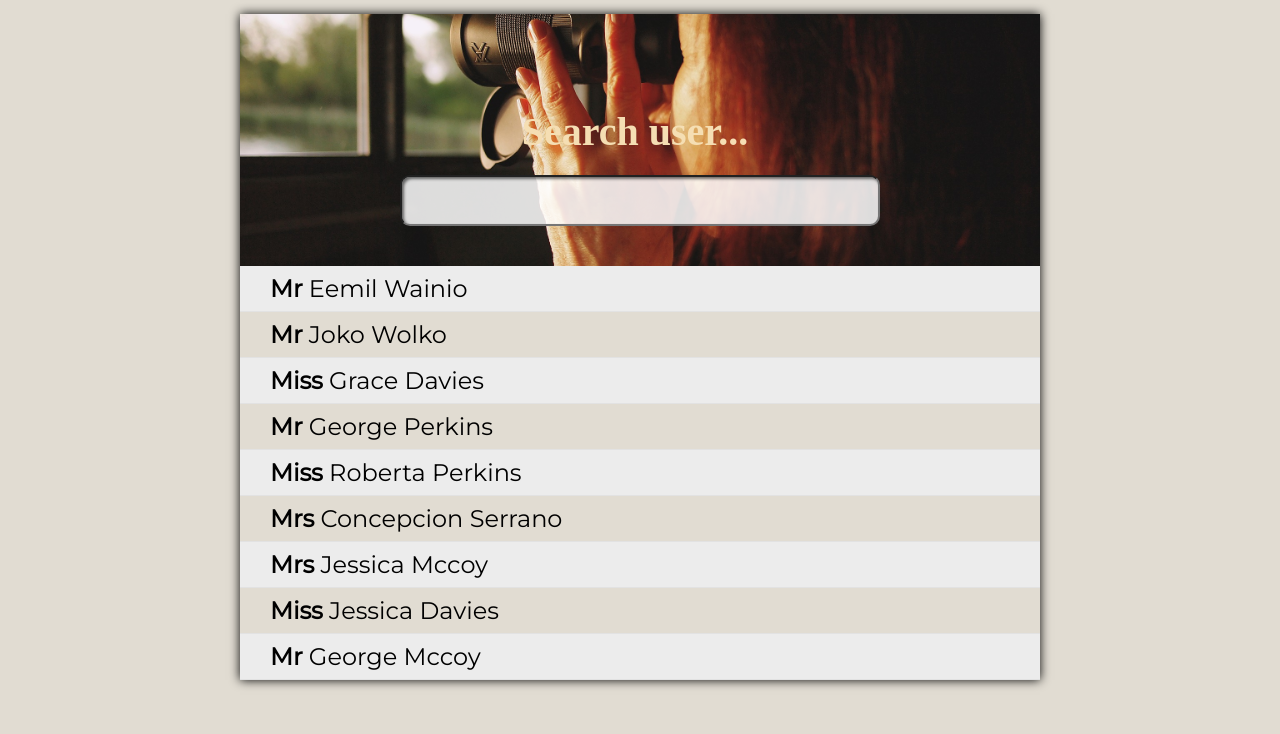
Repository: KrzysKolo/sr_tydzien5_zad4
Page: /
An editor plug-in stored every save of this project. The page is shown before and after the next save, followed by the edit.
The browser window is 1280 px wide. The pictures show the whole page.
The project was rebuilt for these pictures with package versions that can differ from the ones it lists, and the page was loaded fresh each time.

Above is the page before, as saved 2021-01-03 05:57:49.

After the next save:
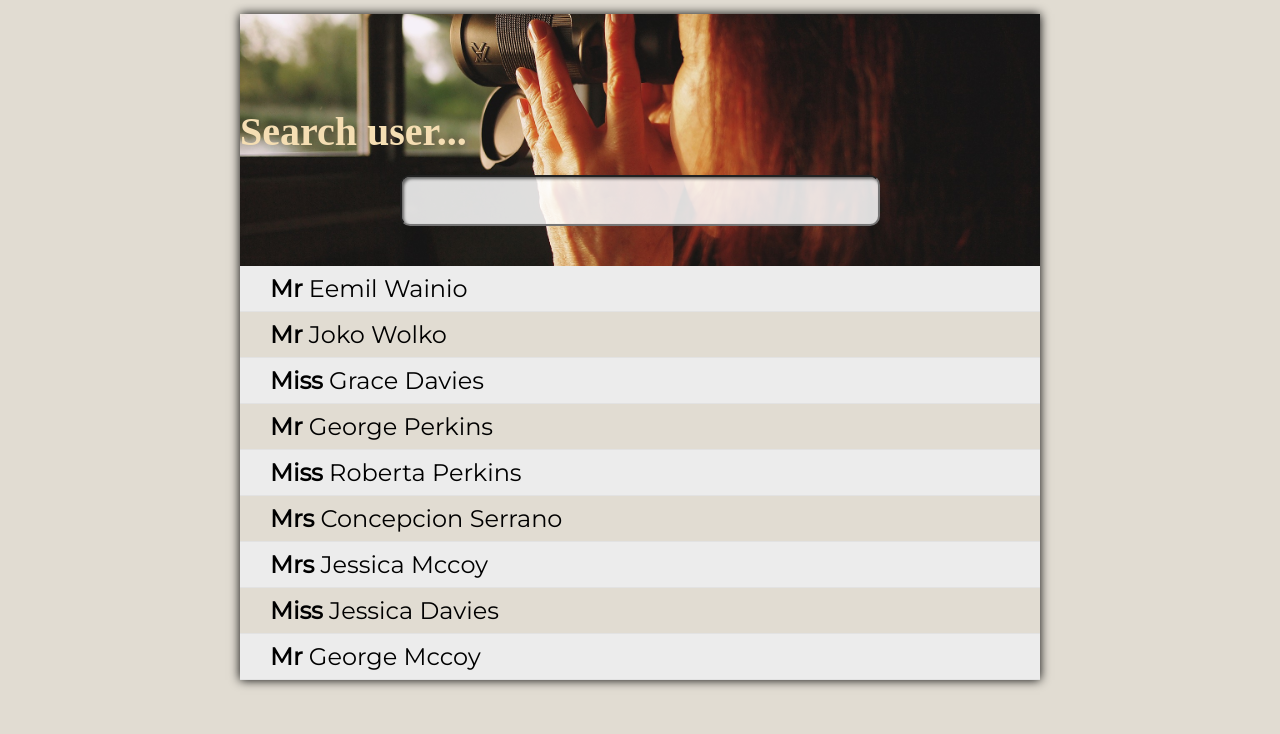
Saved 20 s later.
--- a/src/App.css
+++ b/src/App.css
@@ -24,7 +24,6 @@ section {
   display: flex;
   flex-direction: column;
   justify-content: flex-end;
-  align-items: center;
 }
 .header__title {
   font-size: 2.5rem;
